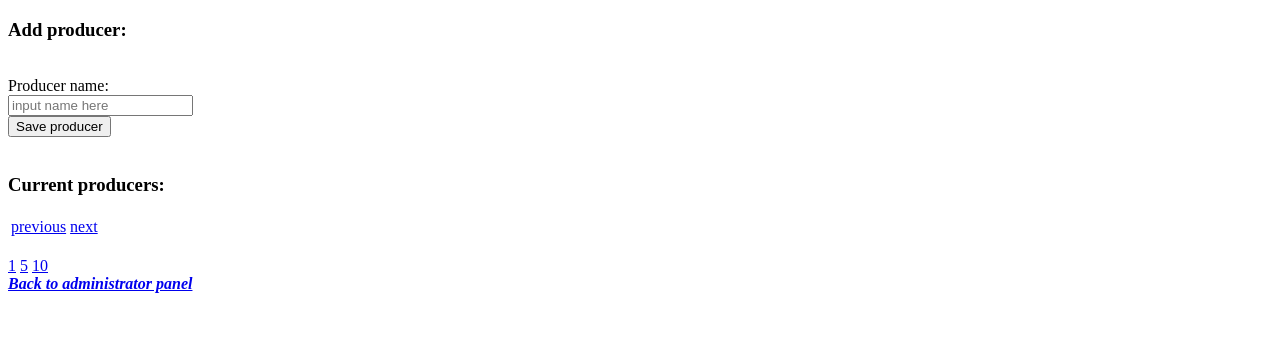
Repository: Zed180881/Zed_repo
Page: http://localhost/eShop/WEB-INF/views/adminPanel/adminProducer.jsp
These files come from the project's save history. The page is drawn as it stood at one moment and after the next save; the edit follows.
The browser window is 1280 px wide. The pictures show the whole page.
The page is served by Tomcat 9. Nobody is signed in. The template is opened directly, without the code that normally fills it, so the values that code supplies are empty.

Above is the page before, as saved 2016-08-24 10:50:27.

After the next save:
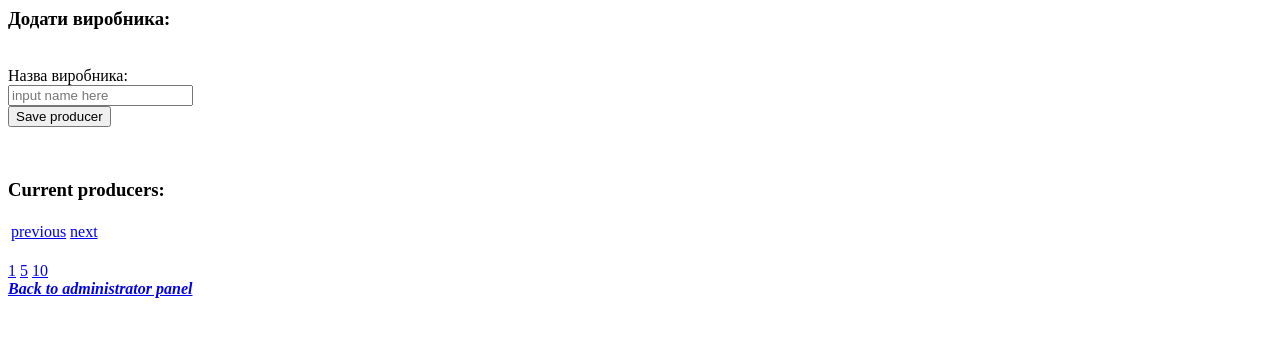
Saved 40 s later.
--- a/JavaProj/eShop/src/main/webapp/WEB-INF/views/adminPanel/adminProducer.jsp
+++ b/JavaProj/eShop/src/main/webapp/WEB-INF/views/adminPanel/adminProducer.jsp
@@ -1,18 +1,14 @@
 <%@ page language="java" contentType="text/html; charset=UTF-8"	pageEncoding="UTF-8"%>
 <%@ taglib prefix="c" uri="http://java.sun.com/jsp/jstl/core"%>
 <%@ taglib uri="http://www.springframework.org/tags/form" prefix="form"%>
-<!DOCTYPE html>
-<html>
-<head>
-<meta charset="UTF-8">
+
 <title>Commodity Producers Management</title>
-</head>
-<body>
-	<h3>Add producer:</h3>
+
+	<h3>Додати виробника:</h3>
 	<form:form action="/admin/producer" method="post" modelAttribute="producer">
 		<form:errors path="producerName"/><br>
 		<form:input path="id" type="hidden"/>
-		<label for="producerName">Producer name:</label><br>
+		<label for="producerName">Назва виробника:</label><br>
 		<form:input type="text" path="producerName" id="producerName" placeholder="input name here" required="true"/><br>
 		<input type="submit" value="Save producer">
 	</form:form><br>
